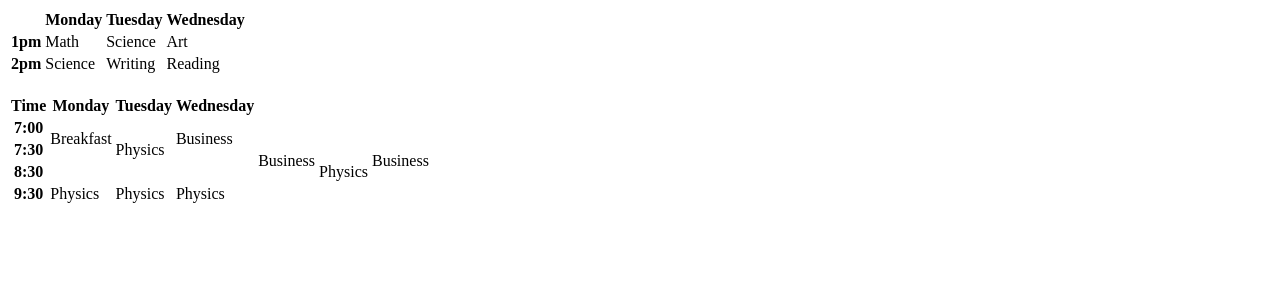
Repository: jefflai0412/website_design
Page: task1.html
An editor plug-in stored every save of this project. The page is shown before and after the next save, followed by the edit.
The browser window is 1280 px wide. The pictures show the whole page.

Above is the page before, as saved 2024-10-18 13:39:14.

After the next save:
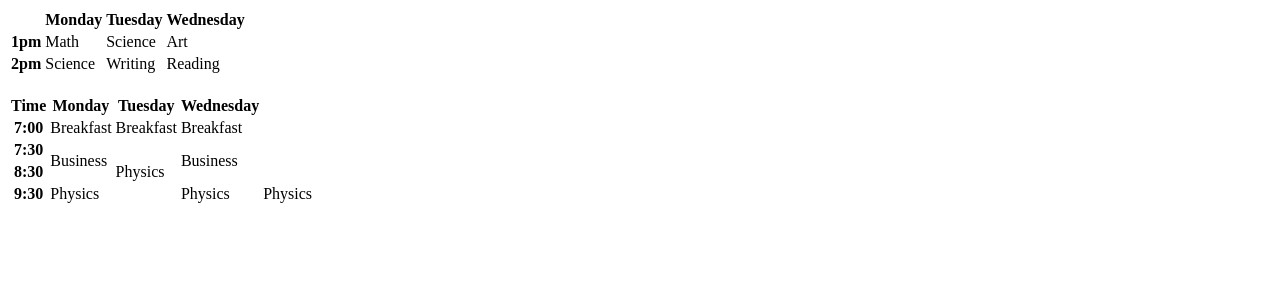
Saved 15 s later.
--- a/task1.html
+++ b/task1.html
@@ -40,9 +40,9 @@
         </tr>
         <tr>
             <th scope="row">7:00</th>
-            <td rowspan="2">Breakfast</td>
-            <td rowspan="3">Physics</td>
-            <td rowspan="2">Business</td>
+            <td>Breakfast</td>
+            <td>Breakfast</td>
+            <td>Breakfast</td>
         </tr>
         <tr>
             <th scope="row">7:30</th>
